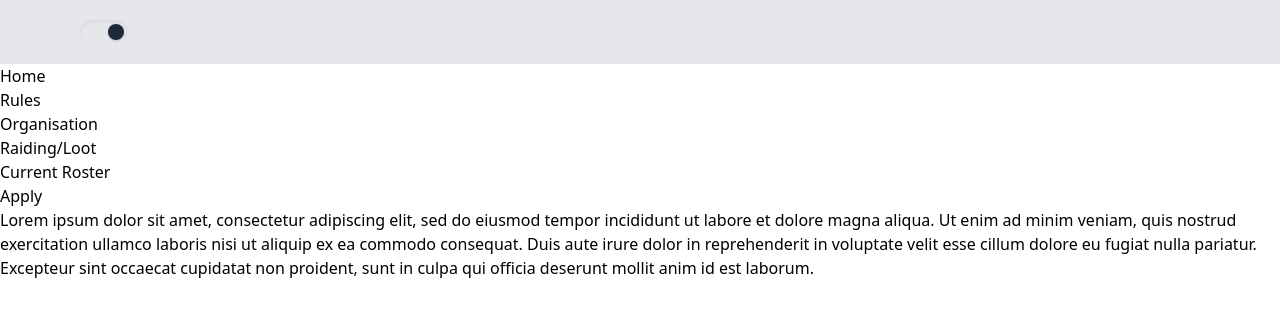
Repository: eaang/catguild_frontend
Page: /
The author's editor kept a copy of each file at every save. The page is drawn from the files as they stood at one save, then again after the next save.
The browser window is 1280 px wide. The pictures show the whole page.
The project was rebuilt for these pictures with package versions that can differ from the ones it lists, and the page was loaded fresh each time. The framework's server and built-in components were replaced by stand-ins that run in the browser. Also part of the build but not shown: nuxt.config.js, components/ContentBox.vue, components/ContentEditor.vue, components/ImageBox.vue, components/SidebarMain.vue, components/SidebarSub.vue, components/TheFoooter.vue, components/icons/ChevronDown.vue and 19 more. Imported but missing from the stored project, and not drawn on this page: apollo/queries/categories/category.

Above is the page before, as saved 2021-04-02 18:29:38.

After the next save:
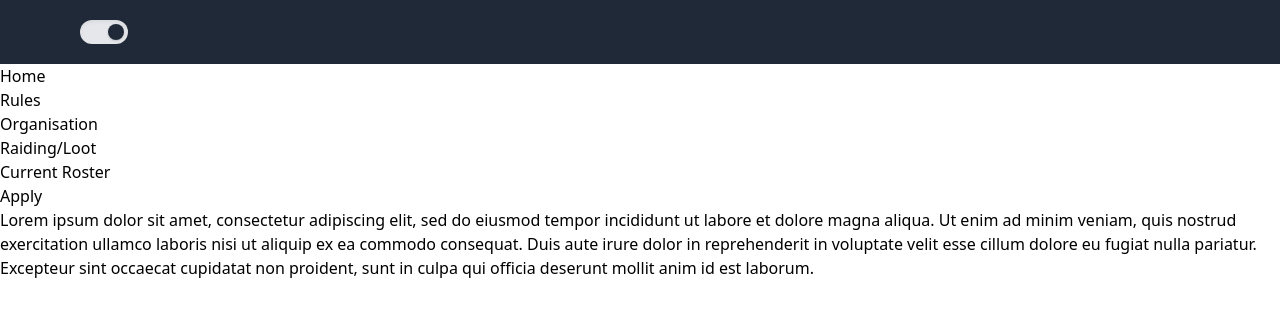
Saved 4 s later.
--- a/layouts/default.vue
+++ b/layouts/default.vue
@@ -11,7 +11,7 @@
 export default {
   data() {
     return {
-      darkTheme: false,
+      darkTheme: true,
     }
   },
   created() {

After the 3 saves that followed:
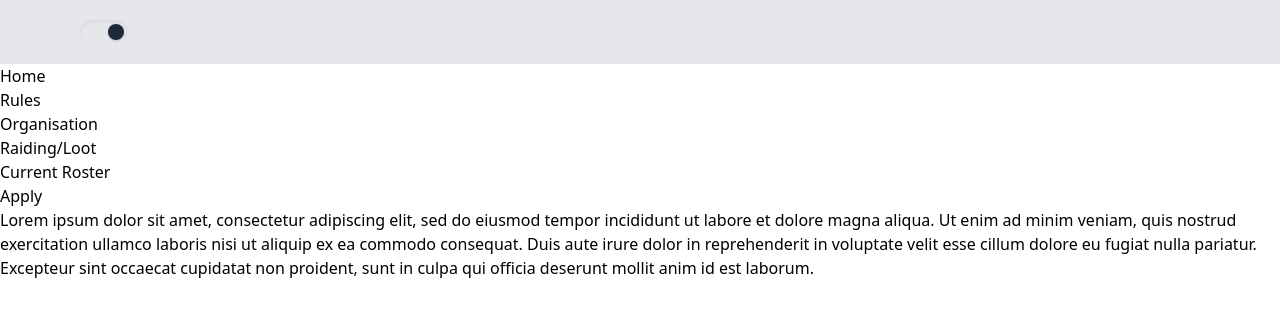
The 3 saves are shown as one change because 2 left the picture as it was.
The last was saved 88 s later.
--- a/components/TheHeader.vue
+++ b/components/TheHeader.vue
@@ -2,7 +2,7 @@
   <div class="w-full h-16 flex items-center bg-gray-200 dark:bg-gray-800">
     <div class="container">
       <div @click="changeTheme">
-        <ToggleButton :is-active="lightTheme" />
+        <ToggleButton :is-active="thisTheme" />
       </div>
     </div>
   </div>
@@ -12,12 +12,12 @@
 export default {
   data() {
     return {
-      lightTheme: false,
+      thisTheme: false,
     }
   },
   methods: {
     changeTheme() {
-      this.lightTheme = !this.lightTheme
+      this.thisTheme = !this.thisTheme
       this.$nuxt.$emit('change-theme')
     },
   },
--- a/layouts/default.vue
+++ b/layouts/default.vue
@@ -1,5 +1,5 @@
 <template>
-  <div :class="{ dark: darkTheme }">
+  <div class="{ dark: darkTheme }">
     <TheHeader />
     <TheSidebar />
     <Nuxt />
